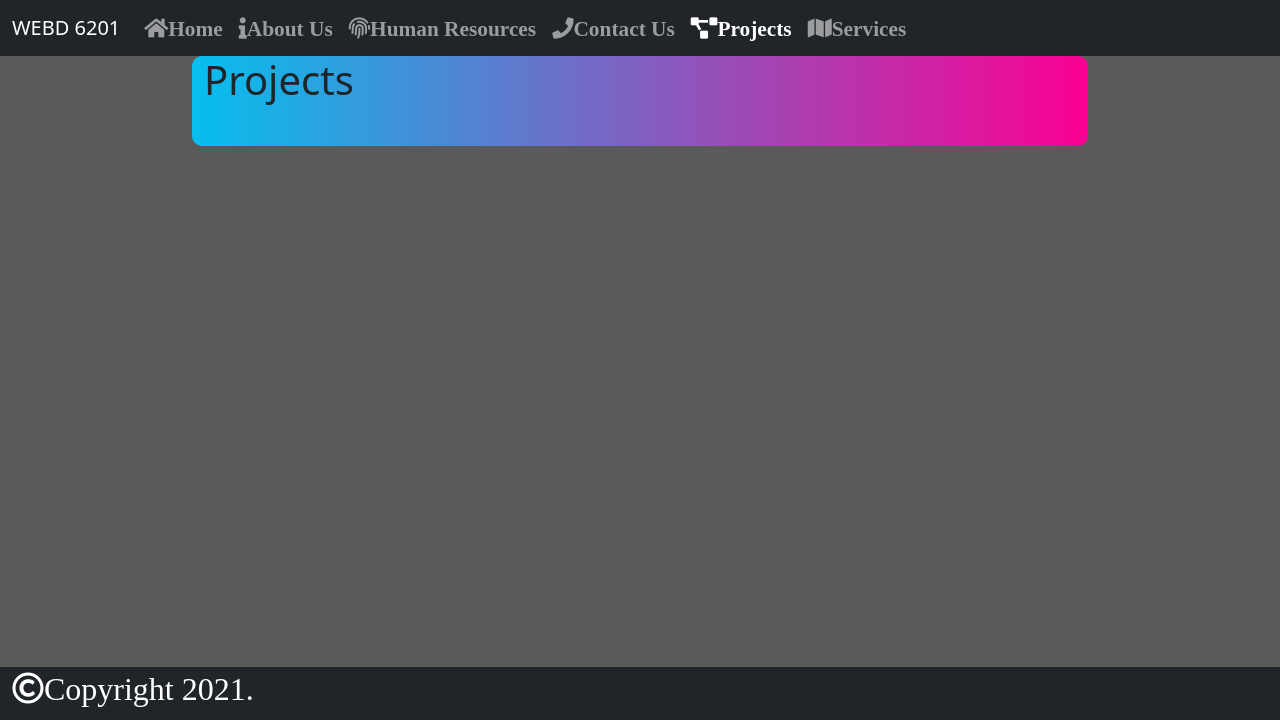
Repository: vans12345678/WEBD6201-W2021-Lab1
Page: projects.html
The author's editor kept a copy of each file at every save. The page is drawn from the files as they stood at one save, then again after the next save.
The browser window is 1280 px wide. The pictures show the whole page.

Above is the page before, as saved 2021-02-02 17:02:28.
Console error: TypeError: Cannot set properties of null (setting 'innerHTML')

After the next save:
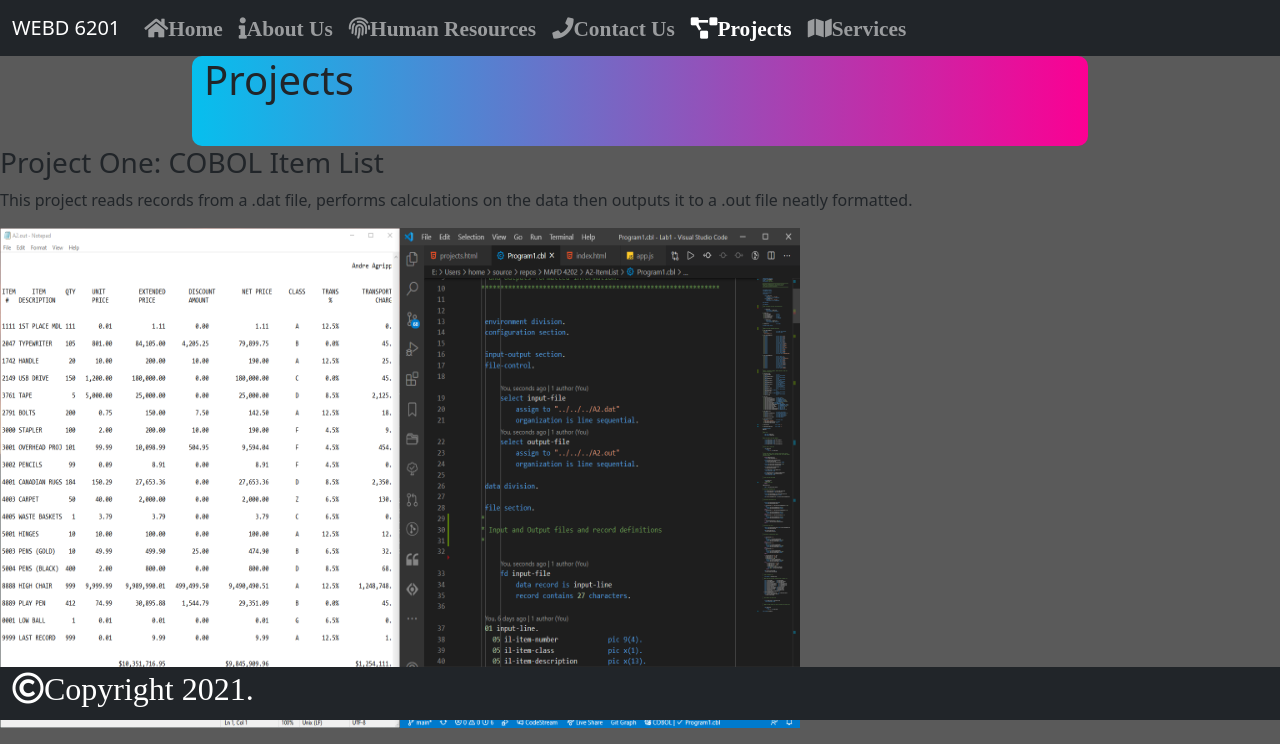
The error is gone.
Saved 42 s later.
--- a/Scripts/app.js
+++ b/Scripts/app.js
@@ -63,9 +63,11 @@
 
         //Projects 1
         let projectsElement = document.getElementById("projectsTitle").textContent = "Projects";
-        projectsElement = document.getElementById("projectsDescription");
-
-        projectsElement.innerHTML =  `<h3>Hello</h3>`;
+        projectsElement = document.getElementById("projectsText").innerHTML =
+        `<h3>Project One: COBOL Item List</h3>
+        <p>This project reads records from a .dat file, performs calculations on the data then outputs it to a .out file neatly formatted.</p>
+        <img src="../images/p1.PNG" alt="" style="width:800px;height:500px;">`;
+
 
 
 
